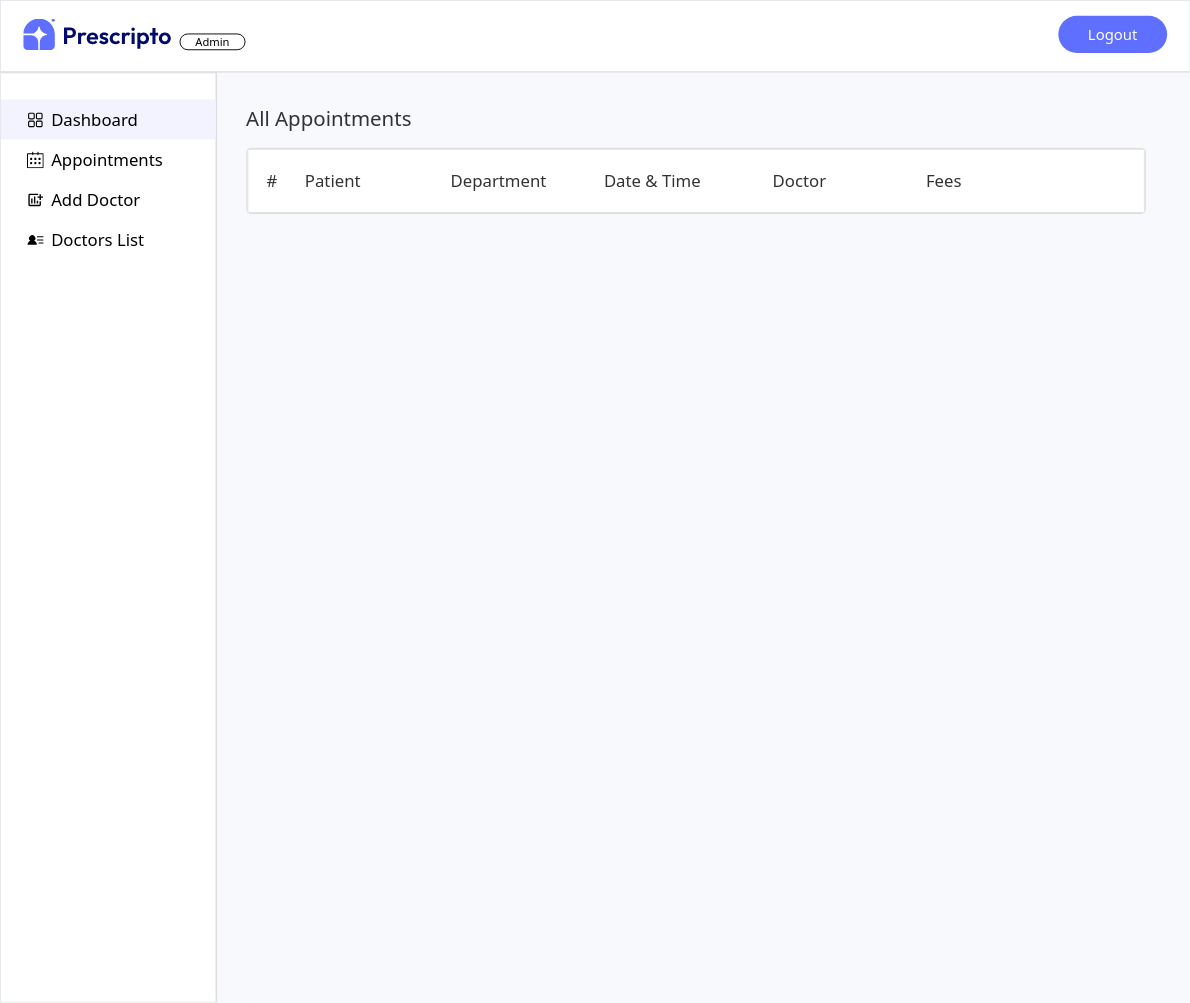
Repository: AzizHamdi99/Prescripto
Page: /allAppointments (app in AdminPanel/)
An editor plug-in stored every save of this project. The page is shown before and after the next save, followed by the edit.
The browser window is 1280 px wide. The pictures show the whole page, at 93% of full size.
The page's requests for data from a server got no answer. The project was rebuilt for these pictures with package versions that can differ from the ones it lists, and the page was loaded fresh each time. No one was signed in, and anything a server would have sent is missing. Also part of the build but not shown: AdminPanel/vite.config.js, AdminPanel/src/componants/AddDoctor.jsx, AdminPanel/src/componants/DocotorsList.jsx.

Above is the page before, as saved 2025-01-17 13:44:23.

After the next save:
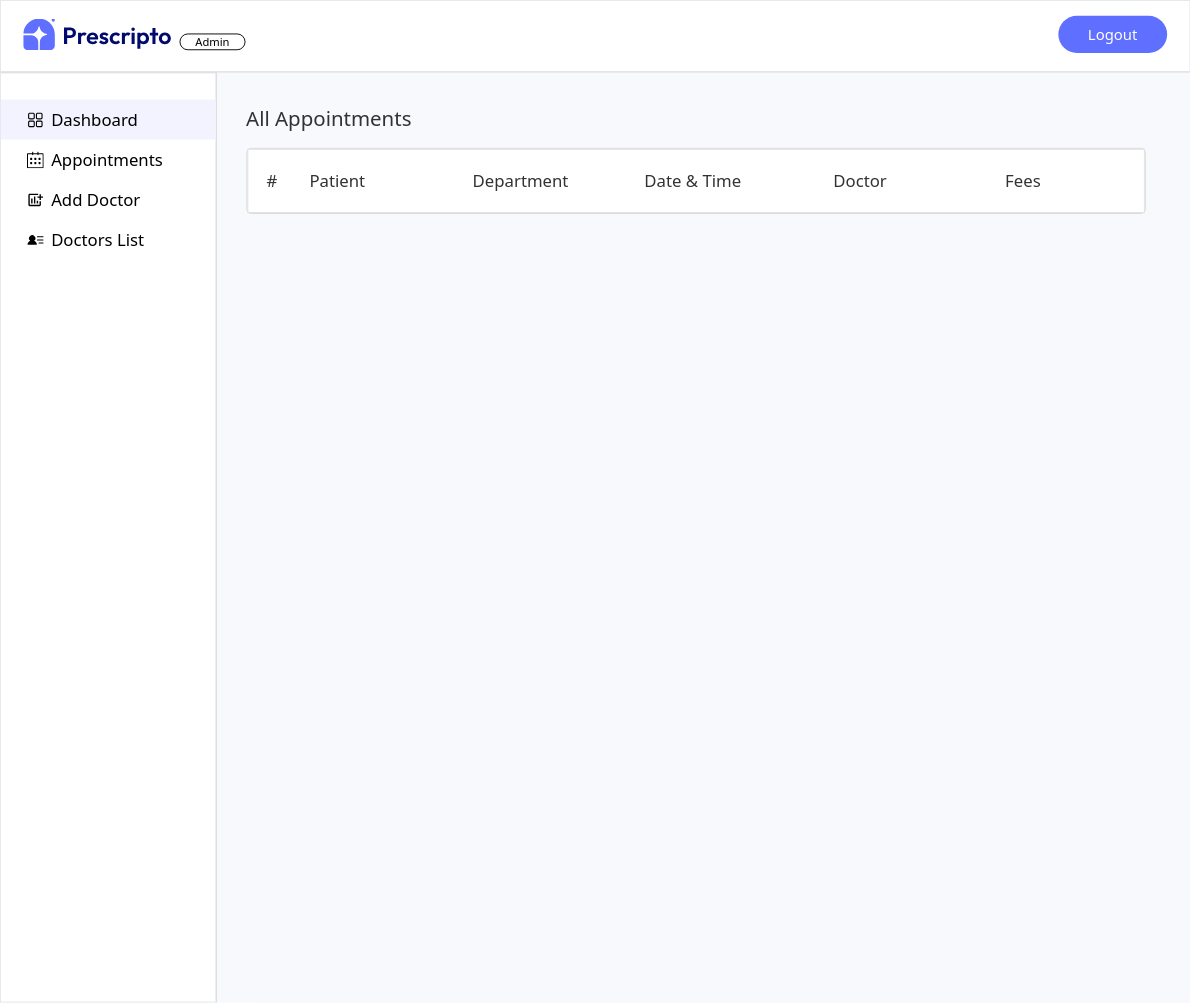
Saved 5 s later.
--- a/AdminPanel/src/componants/AllAppointments.jsx
+++ b/AdminPanel/src/componants/AllAppointments.jsx
@@ -43,7 +43,7 @@
     <div className='p-8 pr-12 bg-[#f8f9fd] w-full'>
         <p className='text-[22px] text-[#323232] font-[500] mb-4'>All Appointments</p>
         <div className='border-[1px] border-[#D8D8D8] rounded-[5px] bg-white '>
-            <div className='border-[1px]  border-[#E1E1E1] p-5 grid grid-cols-[0.25fr_0.95fr_1fr_1.1fr_1fr_1.3fr] text-[18px] text-[#323232] font-[500]'>
+            <div className='border-[1px]  border-[#E1E1E1] p-5 grid grid-cols-[0.25fr_0.95fr_1fr_1.1fr_1fr_.7fr] text-[18px] text-[#323232] font-[500]'>
                 <p>#</p>
                 <p>Patient</p>
                 <p>Department</p>
